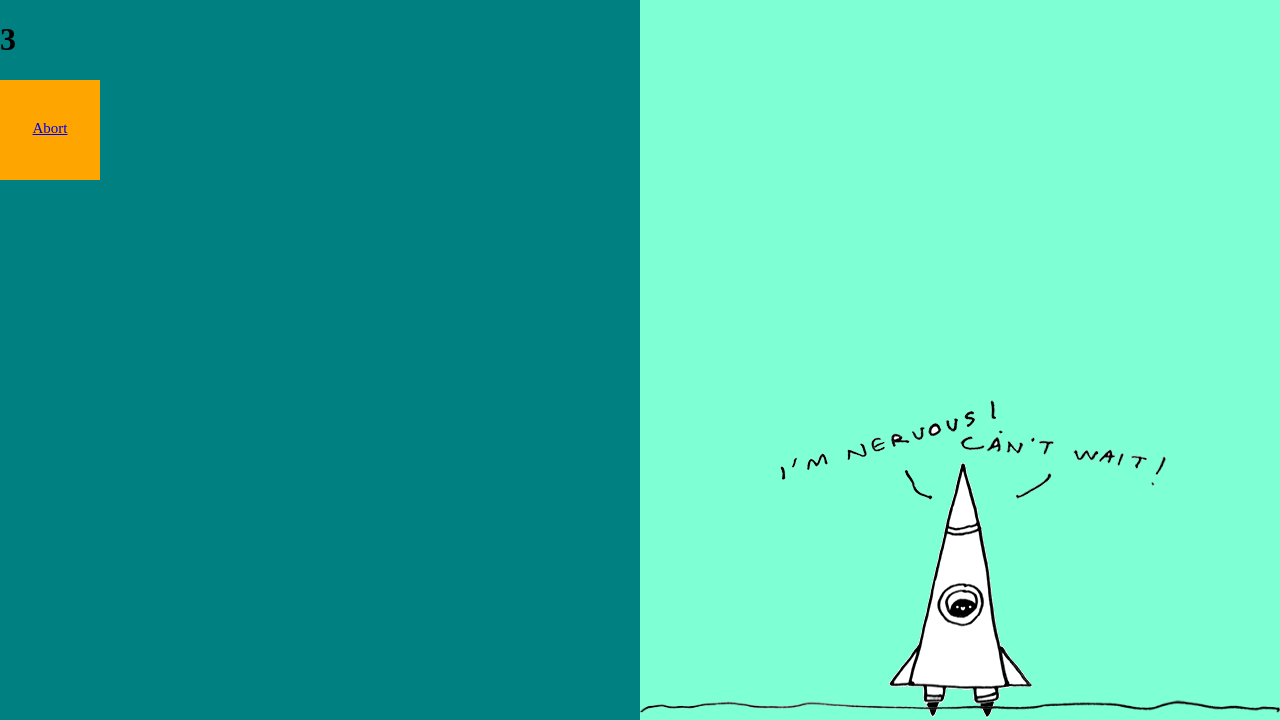
Repository: alcarrizo/Rocket-launch
Page: index.html
The author's editor kept a copy of each file at every save. The page is drawn from the files as they stood at one save, then again after the next save.
The browser window is 1280 px wide. The pictures show the whole page.
After loading, the first visible `a.button` was clicked once.

Above is the page before, as saved 2022-10-20 22:27:49.

### index.html
<!DOCTYPE html>
<html lang="en">
<head>
    <meta charset="UTF-8">
    <meta http-equiv="X-UA-Compatible" content="IE=edge">
    <meta name="viewport" content="width=device-width, initial-scale=1.0">
    <title>Rocket Launch sequence</title>
    <script type="text/javascript" src="js/script.js"> </script>
    <link rel="stylesheet" href="css/style.css">
</head>
<body class="body-state1" id="body">
    <div class="left">
        <div class="state1">
            <h1>JS Rocket Launch!</h1>
            <a href="#" class="button" onclick="changeState(2);">Launch</a>
        </div>
        <div class="state2">
            <h1 class="countdown" id="countdown">10</h1>
            <a href="#" class="button" onclick="changeState(1);">Abort</a>
        </div>
        <div class="state3">
            <h1>Lift Off!</h1>
        </div>
        <div class="state4">
            <h1>Well done!</h1>
            <a href="#" class="button" onclick="changeState(1);">Do it again</a>
        </div>
        <div class="state5">
            <h1>Oh No!!!!</h1>
            <a href="#" class="button" onclick="changeState(1);">Try Again!</a>
        </div>
    </div>

    <div class="right">
        <div class="rocket" id="rocket"></div>
        <div class="ground"></div>
        <div class="nervous" id="nervous"></div>
        <div class="cant-wait" id="cant-wait"></div>
    </div>
</body>
</html>

### js/script.js
/*var countDown = function (i) {
    console.log(i)
    setTimeout(function () {
        i--
        document.getElementById("countdown").innerHTML = i;
        if (document.getElementById('body').className != 'body-state1') {
            if (i > 0) {
                countDown(i)
            }
            else {
                changeState(3)
            }
        }

    }, 1000)
}*/
var timer = null;
var CountDownNum = 10;
var changeState = function (state) {
    document.body.className = 'body-state' + state;
    clearInterval(timer);
    if (state != 2 && document.getElementById('countdown').innerHTML != 10) {
        CountDownNum = 10;
        document.getElementById('countdown').innerHTML = CountDownNum;
    }
    if (state == 2) {
        timer = setInterval(() => {
            CountDownNum -= 1;
            document.getElementById('countdown').innerHTML = CountDownNum;
            if (CountDownNum == 5) {
                document.getElementById('nervous').className = 'nervous show';
            }
            else {
                document.getElementById('nervous').className = 'nervous show';
            }
            if (CountDownNum == 3) {
                document.getElementById('cant-wait').className = 'cant-wait show';
            }
            if (CountDownNum <= 0) {
                changeState(3);

            };
        }, 200);
    }
    else if (state == 3) {
        var success = setTimeout(() => {
            var randomNum = Math.round(Math.random() * 10)
            //success
            console.log('random number: ' + randomNum)
            if (randomNum > 5) {
                changeState(4)
            }
            else {
                //fail
                changeState(5)
            }

        }, 2000);
    }
    // if (state == 1) {
    //     document.body.className = 'body-state1'
    // }
    // else if (state == 2) {
    //     document.body.className = 'body-state2'
    //     countDown(10)
    //     // for (let i = 10; i >= 0; i--) {
    //     //     setTimeout()
    //     //     document.getElementById("countdown").innerHTML = i;
    //     // }
    // }
    // else if (state == 3) {
    //     document.body.className = 'body-state3'
    //     document.getElementById('rocket').className = 'rocket flying';
    // }
    // else if (state == 4) {
    //     document.body.className = 'body-state4'
    // }
    // else {
    //     document.body.className = 'body-state5'
    // }
    // for (let i = 10; i >= 0; i--) {
    //     bdy.content = i;
    // }
    //document.getElementById('rocket').className = 'rocket flying';
}

### css/style.css
body {
    position: relative;
}

.left {
    position: fixed;
    box-sizing: border-box;
    width: 50%;
    height: 100%;
    top: 0;
    left: 0;
    background-color: teal;
}

.right {
    position: fixed;
    box-sizing: border-box;
    width: 50%;
    height: 100%;
    top: 0;
    right: 0;
    background-color: aquamarine;
}

.rocket {
    position: absolute;
    left: 50%;
    bottom: -15px;
    width: 143px;
    height: 272px;
    background: url("../img/rocket-state1.png") no-repeat 0 0;
    background-size: 100%;
    transition: bottom 10s;
    margin-left: -71.5px;

}

.body-state1 .rocket {
    transition: none;

}


.body-state2 .rocket {

    background-image: url("../img/rocket-state2.gif");
}

.body-state3 .rocket,
.body-state4 .rocket {
    bottom: 1000px;
    background-image: url("../img/rocket-state3.gif");
}

.body-state5 .rocket {
    width: 209px;
    height: 200px;
    background: url("../img/boom.png") no-repeat 0 0;
    background-size: 100%;
}

.ground {
    position: absolute;
    bottom: 0;
    left: 0;
    background: url("../img/ground.png") no-repeat center 0;
    background-size: 100%;
    width: 100%;
    height: 20px;

}

.nervous {
    position: absolute;
    bottom: 220px;
    left: 50%;
    margin-left: -180px;
    background: url('../img/nervous.png') no-repeat 0 0;
    background-size: 100%;
    width: 223px;
    height: 100px;
}

.cant-wait {
    position: absolute;
    bottom: 220px;
    left: 50%;
    background: url('../img/cant-wait.png') no-repeat 0 0;
    background-size: 100%;
    width: 206px;
    height: 65px;
    transition: display 1s;
}

a {}

a.button {
    display: block;
    box-sizing: border-box;
    text-align: center;
    padding-top: 40px;
    height: 100px;
    width: 100px;
    font-size: 15px;
    background-color: orange;

}

.state1,
.state2,
.state3,
.state4,
.state5,
.cant-wait,
.nervous {
    display: none;
}

.cant-wait.show,
.nervous.show {
    display: block;
}


body.body-state1 .state1 {
    display: block;
}

body.body-state2 .state2 {
    display: block;
}

body.body-state3 .state3 {
    display: block;
}

body.body-state4 .state4 {
    display: block;
}

body.body-state5 .state5 {
    display: block;
}

After the next save:
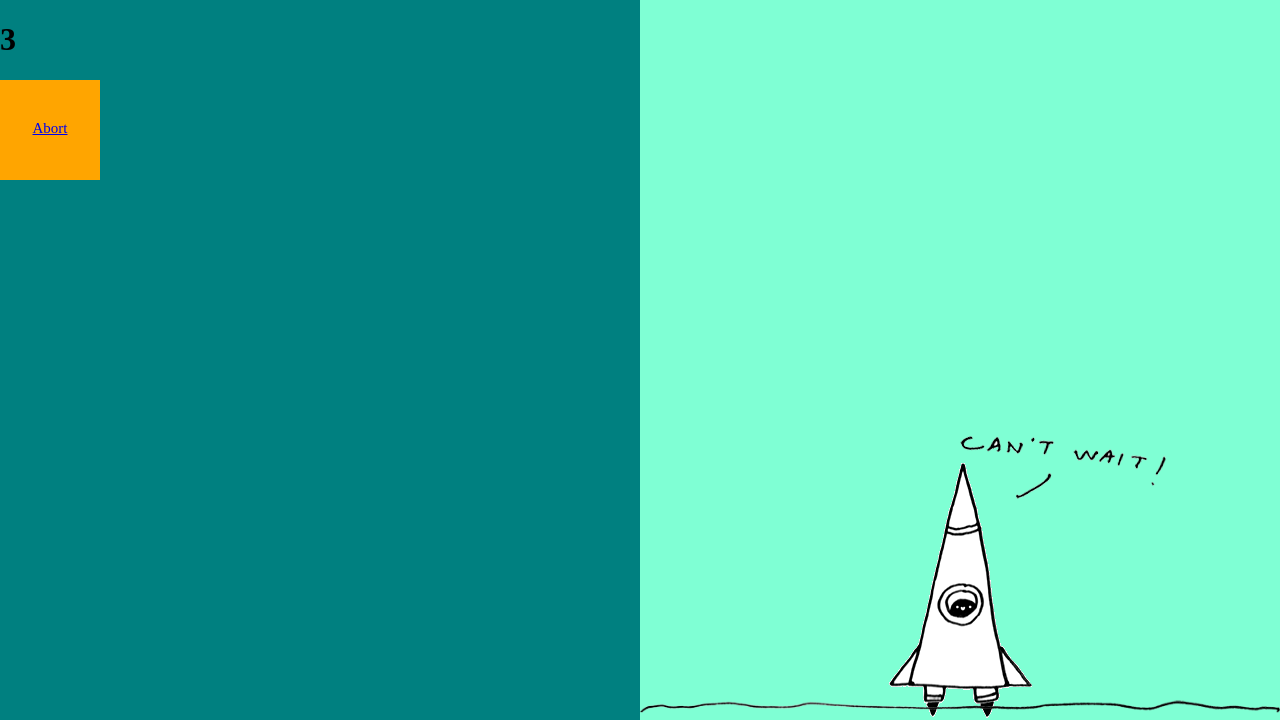
Saved 20 s later.
--- a/js/script.js
+++ b/js/script.js
@@ -31,10 +31,13 @@ var changeState = function (state) {
                 document.getElementById('nervous').className = 'nervous show';
             }
             else {
-                document.getElementById('nervous').className = 'nervous show';
+                document.getElementById('nervous').className = 'nervous';
             }
             if (CountDownNum == 3) {
                 document.getElementById('cant-wait').className = 'cant-wait show';
+            }
+            else {
+                document.getElementById('nervous').className = 'cant-wait';
             }
             if (CountDownNum <= 0) {
                 changeState(3);
